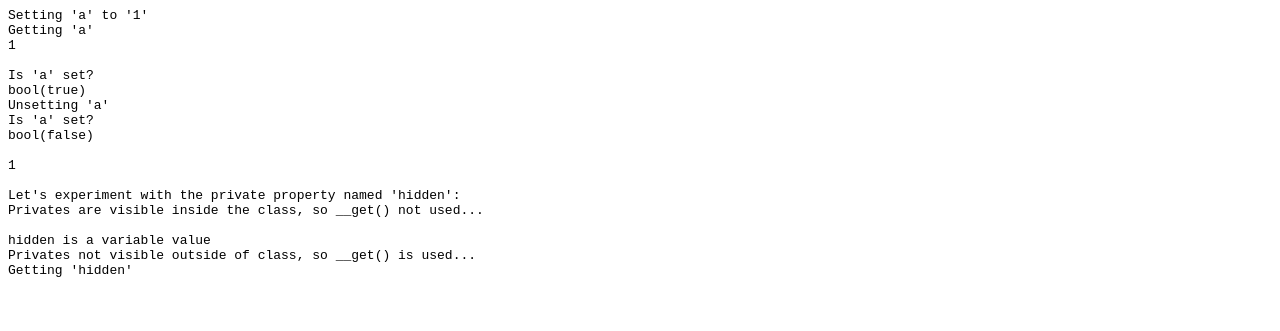
Repository: jyotsna1234/bugappmvc
Page: http://localhost/overloading.php
The author's editor kept a copy of each file at every save. The page is drawn from the files as they stood at one save, then again after the next save.
The browser window is 1280 px wide. The pictures show the whole page.
The page is run by PHP 8.4 with error messages shown; the project is at /var/www/html/.

Above is the page before, as saved 2014-04-09 04:05:08.

### oops_php/overloading.php
<?php

 ini_set('displayerror', 1);

class PropertyTest
{
    /**  Location for overloaded data.  */
    private $data = array();

    /**  Overloading not used on declared properties.  */
    public $declared = 1;

    /**  Overloading only used on this when accessed outside the class.  */
    private $hidden = 'hidden';

    public function __set($name, $value)
    {
        echo "Setting '$name' to '$value'\n";
        $this->data[$name] = $value;
    }

    public function __get($name)
    {
        echo "Getting '$name'\n";
        if (array_key_exists($name, $this->data)) {
            return $this->data[$name];
        }

        return null;
    }

    /**  As of PHP 5.1.0  */
    public function __isset($name)
    {
        echo "Is '$name' set?\n";
        return isset($this->data[$name]);
    }

    /**  As of PHP 5.1.0  */
    public function __unset($name)
    {
        echo "Unsetting '$name'\n";
        unset($this->data[$name]);
    }

    /**  Not a magic method, just here for example.  */
    public function getHidden()
    {
        return $this->hidden;
    }
}

echo "<pre>\n";

$obj = new PropertyTest;

$obj->a = 1;
echo $obj->a . "\n\n";

var_dump(isset($obj->a));
unset($obj->a);
var_dump(isset($obj->a));
echo "\n";

echo $obj->declared . "\n\n";

echo "Let's experiment with the private property named 'hidden':\n";
echo "Privates are visible inside the class, so __get() not used...\n<br>";
echo $obj->getHidden() .  " is a variable value"."\n";
echo "Privates not visible outside of class, so __get() is used...\n";
echo $obj->hidden . "\n";




/*function overloading is not possible
 * class Overloading  {
	var $data;
	var $value;
	public function method1()
	{
	echo "enterd into method";

	}

}
$overload1=new Overloading();

  $overload1->method1();

 $overload1->method1('name','dale');

*/
?>

After the next save:
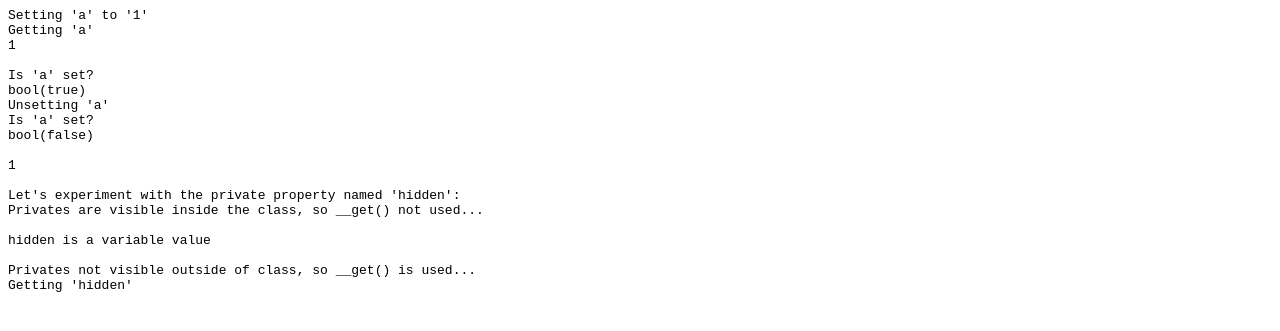
Saved 19 s later.
--- a/oops_php/overloading.php
+++ b/oops_php/overloading.php
@@ -66,7 +66,7 @@ echo $obj->declared . "\n\n";
 
 echo "Let's experiment with the private property named 'hidden':\n";
 echo "Privates are visible inside the class, so __get() not used...\n<br>";
-echo $obj->getHidden() .  " is a variable value"."\n";
+echo $obj->getHidden() .  " is a variable value"."\n<br>";
 echo "Privates not visible outside of class, so __get() is used...\n";
 echo $obj->hidden . "\n";
 
